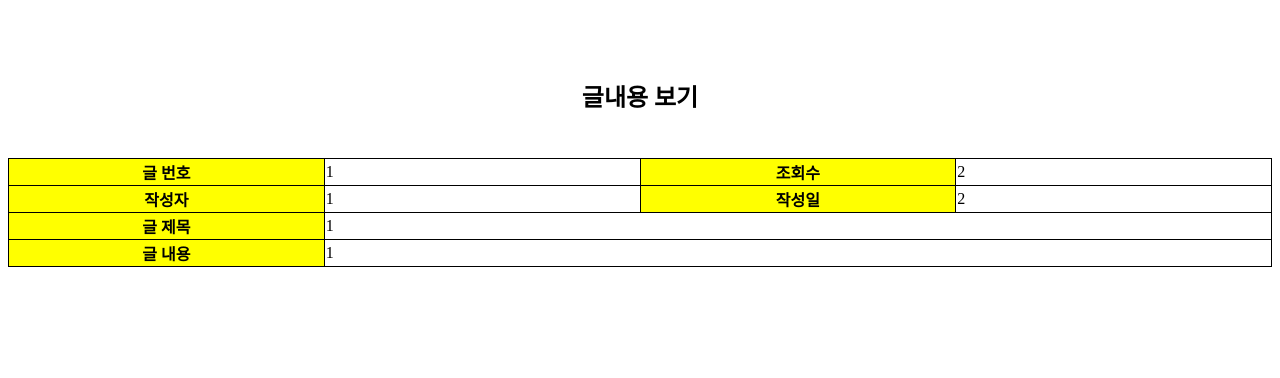
Repository: dlswn666/SpringStudy
Page: http://localhost/boardMVC/WEB-INF/jsp/board/context.jsp
An editor plug-in stored every save of this project. The page is shown before and after the next save, followed by the edit.
The browser window is 1280 px wide. The pictures show the whole page.
The page is served by Tomcat 9. Nobody is signed in. Other server files are loaded and not shown. The template is opened directly, without the code that normally fills it, so the values that code supplies are empty.

Above is the page before, as saved 2021-02-28 06:04:33.

### boardMVC/WebContent/WEB-INF/jsp/board/context.jsp
<%@ page language="java" contentType="text/html; charset=UTF-8"
    pageEncoding="UTF-8"%>
<!DOCTYPE html>
<html>
<head>
<meta charset="UTF-8">
<title>Insert title here</title>
<style type="text/css">
	.readInfo{
		padding-top : 50px;
		height: 100px;
		width : 200px;
	}

	table {
		border: 1px solid black;
		width: 100%;
		 border-collapse: collapse;
	}
	th{
		border: 1px solid black;
		background-color: yellow;
		width: 25%;
	}
	td{
		border: 1px solid black;
		width: 25%;
	}
</style>

</head>
<body>
	<div align="center">
		<div class="readInfo">
			<h2> 글내용 보기</h2>
		</div>
		<table boarder="1px" >
			<tr>
				<th>글 번호</th>
				<td><%=1 %></td>
				<th>조회수</th>
				<td><%=2 %></td>
			</tr>
			<tr>
				<th>작성자</th>
				<td><%=1 %></td>
				<th>작성일</th>
				<td><%=2 %></td>
			</tr>
			<tr>
				<th>글 제목</th>
				<td colspan="3">1</td>
			</tr>
			<tr>
				<th>글 내용</th>
				<td colspan="3">1</td>
			</tr>
			<tr>

			</tr>
		</table>

	</div>
</body>
</html>

After the next save:
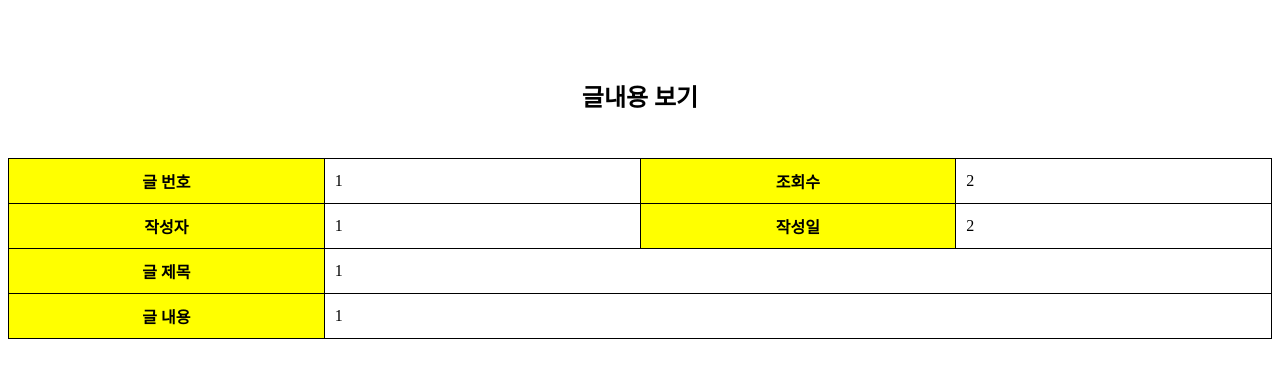
Saved 10 s later.
--- a/boardMVC/WebContent/WEB-INF/jsp/board/context.jsp
+++ b/boardMVC/WebContent/WEB-INF/jsp/board/context.jsp
@@ -21,10 +21,12 @@
 		border: 1px solid black;
 		background-color: yellow;
 		width: 25%;
+		 padding: 10px;
 	}
 	td{
 		border: 1px solid black;
 		width: 25%;
+		 padding: 10px;
 	}
 </style>
 
